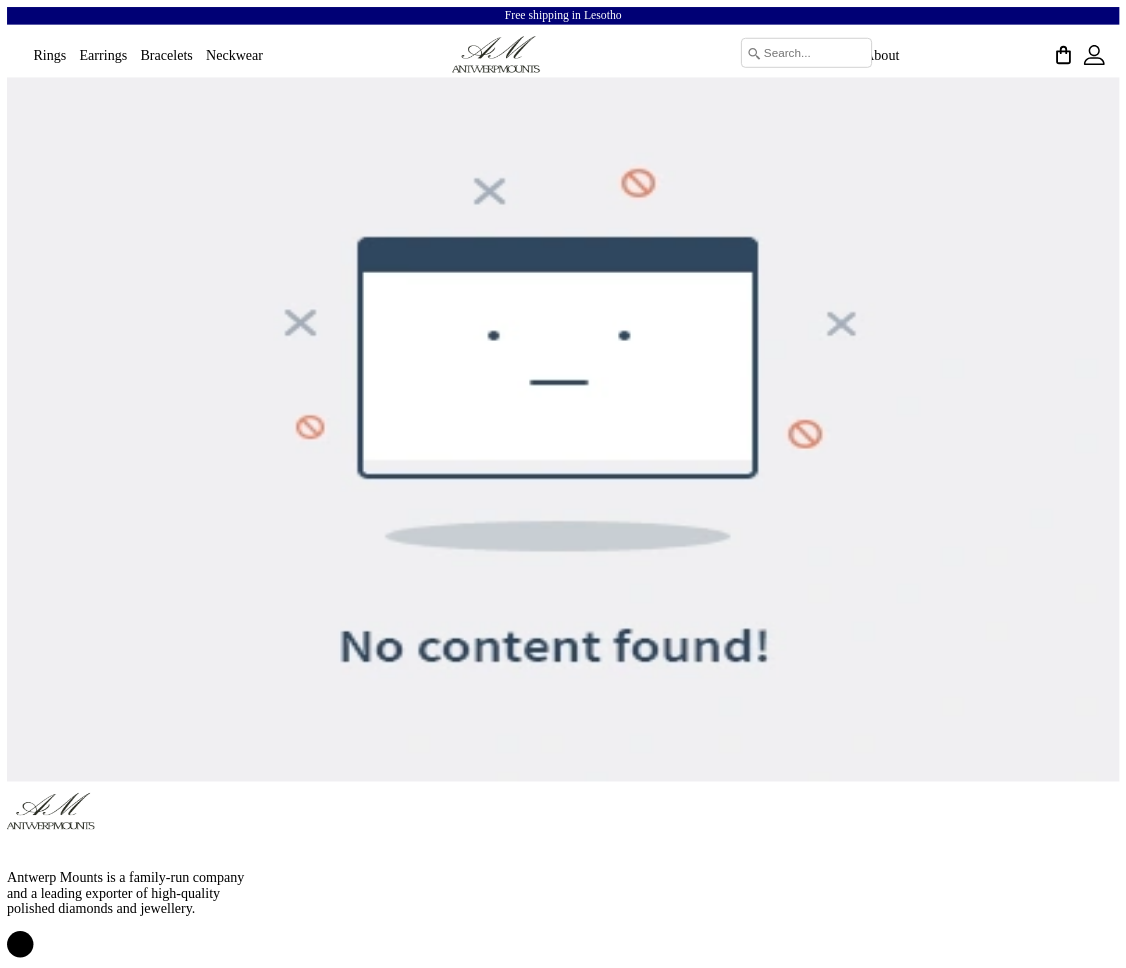
Repository: kea-0424/Web-Development-Project-1
Page: First_collaboration/JewelarySite.html
The author's editor kept a copy of each file at every save. The page is drawn from the files as they stood at one save, then again after a run of saves.
The browser window is 1280 px wide. The pictures show the whole page, at 88% of full size.
Pictures or frames that could not be fetched are drawn as grey boxes.

Above is the page before, as saved 2025-01-23 14:59:59.

After the next 2 saves:
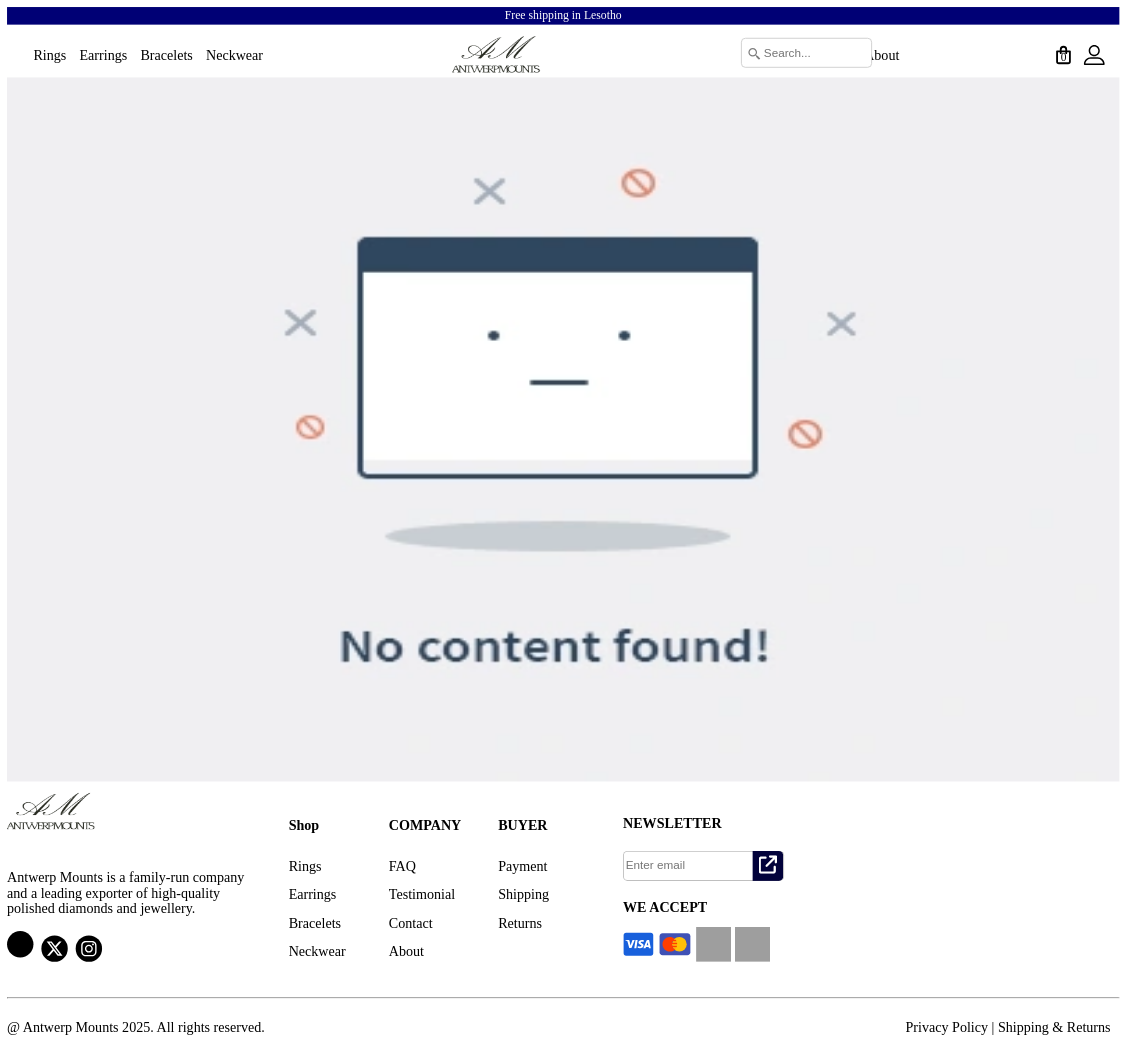
The 2 saves are shown as one change because they came seconds apart.
The last was saved 8 s later.
--- a/First_collaboration/JewelarySite.html
+++ b/First_collaboration/JewelarySite.html
@@ -55,7 +55,7 @@
                             </div>
                                 <div class="social_media">
                                     <div class="socials1" >
-                                        <a href="#"><!--<img src="./facebook-f-brands-solid.svg" alt="Facebook" id="facebook_link"></a>
+                                        <a href="#"><!--<img src="./facebook-f-brands-solid.svg" alt="Facebook" id="facebook_link">--></a>
                                     </div>
                                     <div class="socials2">
                                         <a href="#"><img src="./x-twitter-brands-solid.svg" alt="Twitter" id="X_link"></a>
